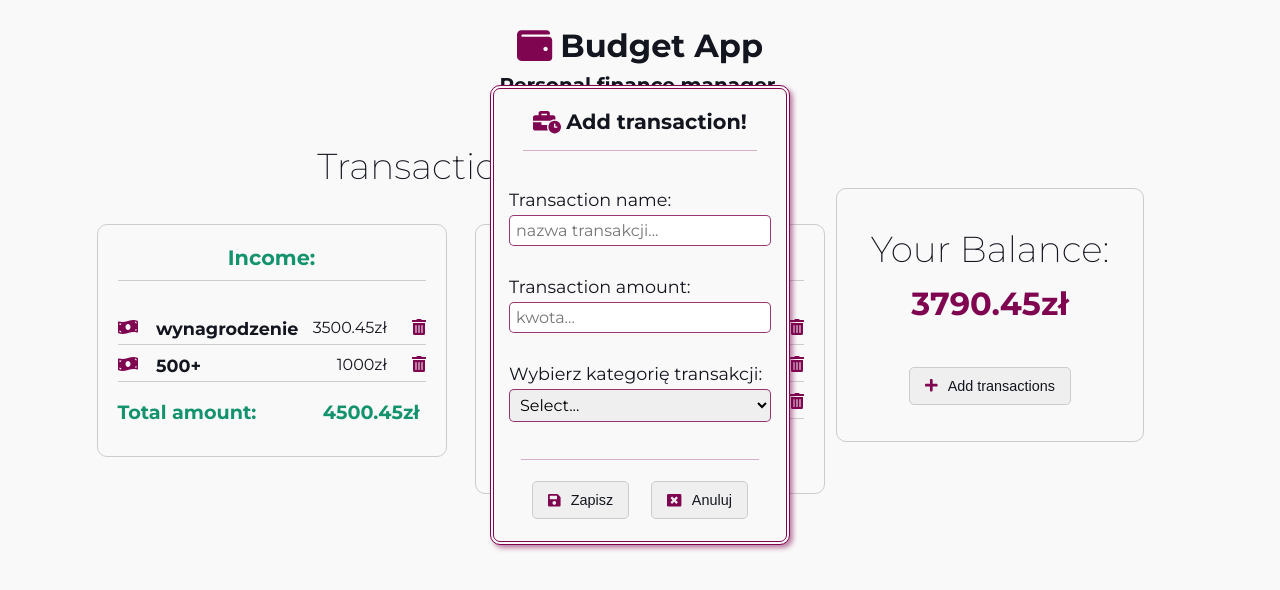
Repository: KrzysKolo/sr_tydzien4_zad4
Page: /, after clicking the first element matching `button.sc-iHGNWf`
These files come from the project's save history. The page is drawn as it stood at one moment and after the next save; the edit follows.
The browser window is 1280 px wide. The pictures show the whole page.
Some web libraries are served in a nearby version. The project was rebuilt for these pictures with package versions that can differ from the ones it lists, and the page was loaded fresh each time. Also part of the build but not shown: src/components/budgetComponents/formComponents/ErrorMessage.js.

Above is the page before, as saved 2020-12-14 18:59:51.

After the next save:
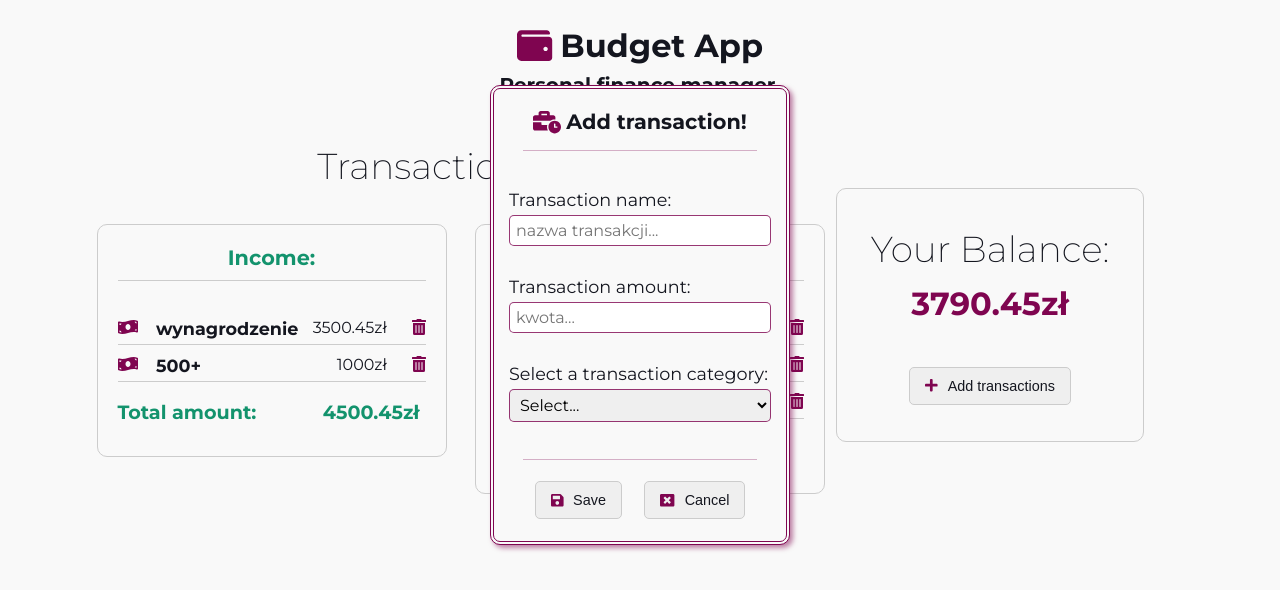
Saved 55 s later.
--- a/src/components/budgetComponents/Form.js
+++ b/src/components/budgetComponents/Form.js
@@ -107,10 +107,10 @@ const FormData = ({ showForm, setShowForm }) => {
             <Header icons={faBusinessTime} title={"Add transaction!"} />
             <Input type="text" label="Transaction name" name="name" placeholder="nazwa transakcji..." onChange={formik.handleChange} value={formik.values.name} onBlur={formik.handleBlur} error={formik.errors.name} message={formik.errors.name} touched={formik.touched.name} />
             <Input type="text" label="Transaction amount" name="amount" placeholder="kwota..." onChange={formik.handleChange} value={formik.values.amount} onBlur={formik.handleBlur} error={formik.errors.amount} message={formik.errors.amount} touched={formik.touched.amount}/>
-            <Select options={SelectOptions} label="Wybierz kategorię transakcji" name="category" onChange={formik.handleChange} value={formik.values.category} onBlur={formik.handleBlur} error={formik.errors.category} message={formik.errors.category} touched={formik.touched.category}/>
+            <Select options={SelectOptions} label="Select a transaction category" name="category" onChange={formik.handleChange} value={formik.values.category} onBlur={formik.handleBlur} error={formik.errors.category} message={formik.errors.category} touched={formik.touched.category}/>
             <ButtonWrapper>
-                <Button type="submit" title="Zapisz" icons={faSave} />
-                <Button title="Anuluj" icons={faWindowClose} type="cancel" onClick={closeForm} />
+                <Button type="submit" title="Save" icons={faSave} />
+                <Button title="Cancel" icons={faWindowClose} type="cancel" onClick={closeForm} />
             </ButtonWrapper>
          </FormWrapper>
         }
